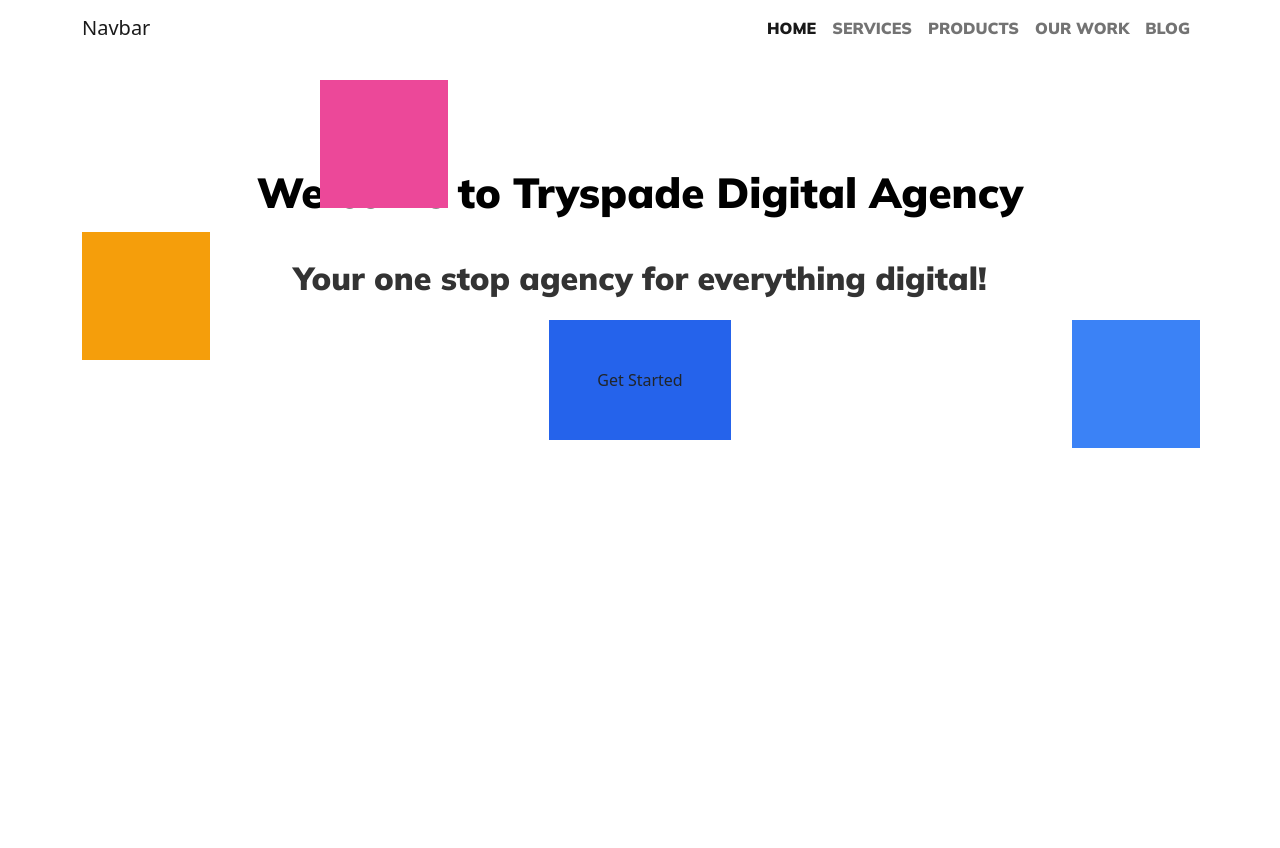
Repository: latenightsnacc/super-octo-fortnight
Page: index.html
These files come from the project's save history. The page is drawn as it stood at one moment and after the next save; the edit follows.
The browser window is 1280 px wide. The pictures show the whole page.
Some web libraries are served in a nearby version. The style sheet was rebuilt from its Sass, Less or Tailwind sources for each picture, by a compiler version that may differ from the author's.

Above is the page before, as saved 2021-01-29 12:30:06.

### index.html
<!DOCTYPE html>
<html lang="en">
<head>
    <meta charset="UTF-8">
    <meta name="viewport" content="width=device-width, initial-scale=1.0">
    <!--Tailwind 2.0.2-->
    <link href="https://cdnjs.cloudflare.com/ajax/libs/tailwindcss/2.0.2/tailwind.min.css" rel="stylesheet">
    <!--Font Awesome 5.15.1-->
    <link rel="stylesheet" href="https://cdnjs.cloudflare.com/ajax/libs/font-awesome/5.15.1/css/all.min.css" integrity="sha512-+4zCK9k+qNFUR5X+cKL9EIR+ZOhtIloNl9GIKS57V1MyNsYpYcUrUeQc9vNfzsWfV28IaLL3i96P9sdNyeRssA==" crossorigin="anonymous" />
    <!-- Bootstrap 5.0.0 Beta-->
    <link href="https://cdn.jsdelivr.net/npm/bootstrap@5.0.0-beta1/dist/css/bootstrap.min.css" rel="stylesheet" integrity="sha384-giJF6kkoqNQ00vy+HMDP7azOuL0xtbfIcaT9wjKHr8RbDVddVHyTfAAsrekwKmP1" crossorigin="anonymous" />
    <!-- UIkit CSS -->
    <link rel="stylesheet" href="https://cdn.jsdelivr.net/npm/uikit@3.6.9/dist/css/uikit.min.css" />
    <link rel="apple-touch-icon" sizes="180x180" href="/apple-touch-icon.png">
    <link rel="icon" type="image/png" sizes="32x32" href="/favicon-32x32.png">
    <link rel="icon" type="image/png" sizes="16x16" href="/favicon-16x16.png">
    <link rel="manifest" href="/site.webmanifest">
    <!--Custom Stylesheet-->
    <link rel="stylesheet" href="stylesheet/stylesheet.css">
    <title>TrySpade - Digital Agency</title>
</head>
<body class="overflow-x-hidden min-h-screen" >
    <main class="w-full mx-auto">
        <header>
            <nav class="navbar navbar-expand-lg navbar-light bg-white fixed-top ">
                <div class="container">
                  <a class="navbar-brand" href="#">Navbar</a>
                  <button class="navbar-toggler" type="button" data-bs-toggle="collapse" data-bs-target="#navbarSupportedContent" aria-controls="navbarSupportedContent" aria-expanded="false" aria-label="Toggle navigation">
                    <span class="navbar-toggler-icon"></span>
                  </button>
                  <div class="collapse navbar-collapse" id="navbarSupportedContent">
                    <ul class="navbar-nav ml-auto mb-2 mb-lg-0">
                        <li class="nav-item">
                            <a class="nav-link active text-base uppercase" aria-current="page" href="#">Home</a>
                        </li>
                        <li class="nav-item">
                            <a class="nav-link text-base uppercase" href="#">services</a>
                        </li>
                        <li class="nav-item">
                            <a class="nav-link text-base uppercase" href="#">products</a>
                        </li>
                        <li class="nav-item">
                            <a class="nav-link text-base uppercase" href="#">our work</a>
                        </li>
                        <li class="nav-item">
                            <a class="nav-link text-base uppercase" href="#">blog</a>
                        </li>

                    </ul>
                  </div>
                </div>
            </nav>
        </header>
        <section id="banner" class="bg-white w-full mt-32">
            <div class="container">
                <div class="relative flex flex-col items-center h-auto"></div>
                    <h1 class="z-50 text-black text-center">Welcome to Tryspade Digital Agency</h1>
                    <h2 class="z-40 text-center">Your one stop agency for everything digital!</h2>
                    <!--BOXES-->
                    <div class=" absolute bottom-50 left-50">
                        <div class="z-0 border-2 border-yellow-500 bg-yellow-500 w-32 h-32"></div>
                    </div>
                    <div class="absolute bottom-70 right-20">
                        <div class="z-0 border-2 border-blue-500 bg-blue-500 w-32 h-32"></div>
                    </div>
                    <div class="absolute top-20 left-80">
                        <div class="z-0 border-2 border-pink-500 bg-pink-500 w-32 h-32"></div>
                    </div>
                    <div class="flex justify-center">
                        <button class="bg-blue-600 p-5">Get Started</button>
                    </div>
                </div>

        </section>
        <!-- <svg xmlns="http://www.w3.org/2000/svg" viewBox="0 0 1440 320"><path fill="#0099ff" fill-opacity="1" d="M0,320L48,282.7C96,245,192,171,288,122.7C384,75,480,53,576,69.3C672,85,768,139,864,170.7C960,203,1056,213,1152,208C1248,203,1344,181,1392,170.7L1440,160L1440,0L1392,0C1344,0,1248,0,1152,0C1056,0,960,0,864,0C768,0,672,0,576,0C480,0,384,0,288,0C192,0,96,0,48,0L0,0Z"></path></svg> -->
        <!-- <svg xmlns="http://www.w3.org/2000/svg" viewBox="0 0 1440 320"><path fill="#0099ff" fill-opacity="1" d="M0,64L48,96C96,128,192,192,288,213.3C384,235,480,213,576,170.7C672,128,768,64,864,42.7C960,21,1056,43,1152,64C1248,85,1344,107,1392,117.3L1440,128L1440,0L1392,0C1344,0,1248,0,1152,0C1056,0,960,0,864,0C768,0,672,0,576,0C480,0,384,0,288,0C192,0,96,0,48,0L0,0Z"></path></svg> -->
    </main>
    <!-- UIkit JS -->
    <script src="https://cdn.jsdelivr.net/npm/uikit@3.6.9/dist/js/uikit.min.js"></script>
    <script src="https://cdn.jsdelivr.net/npm/uikit@3.6.9/dist/js/uikit-icons.min.js"></script>
    <script src="https://cdn.jsdelivr.net/npm/bootstrap@5.0.0-beta1/dist/js/bootstrap.bundle.min.js" integrity="sha384-ygbV9kiqUc6oa4msXn9868pTtWMgiQaeYH7/t7LECLbyPA2x65Kgf80OJFdroafW" crossorigin="anonymous"></script>
    <!-- Start of HubSpot Embed Code -->
  <script type="text/javascript" id="hs-script-loader" async defer src="//js.hs-scripts.com/9284931.js"></script>
  <!-- End of HubSpot Embed Code -->
</body>
</html>

### Stylesheet/stylesheet.scss
@import 'variables';

h1, h2, h3, h4, h5, h6, .nav-link {
    font-family: $fontBold;
}

### Stylesheet/_variables.scss
@import url('https://fonts.googleapis.com/css2?family=Mulish:wght@900&family=Open+Sans&display=swap');

$fontBold: 'Mulish', sans-serif;
$fontRegular:'Open Sans', sans-serif;

After the next save:
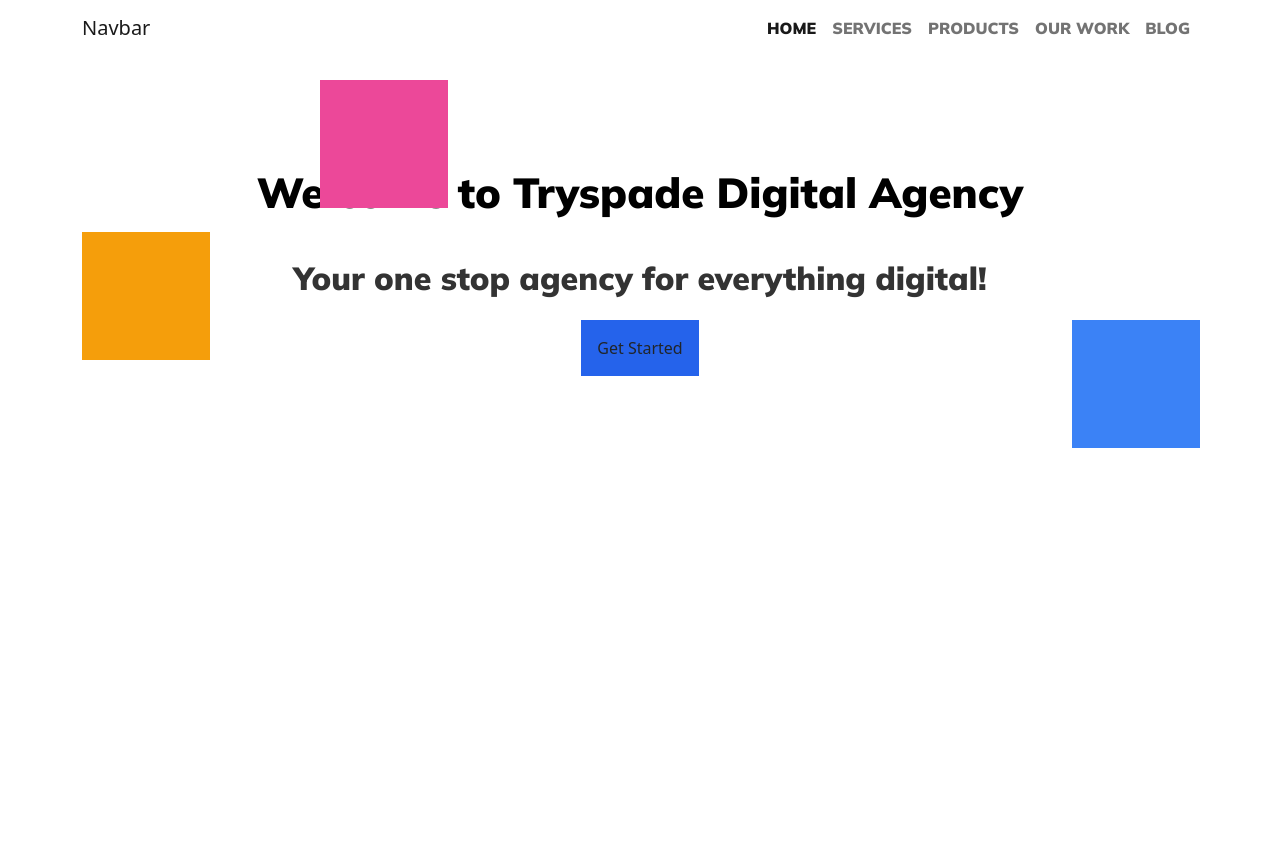
Saved 5 s later.
--- a/index.html
+++ b/index.html
@@ -67,7 +67,7 @@
                         <div class="z-0 border-2 border-pink-500 bg-pink-500 w-32 h-32"></div>
                     </div>
                     <div class="flex justify-center">
-                        <button class="bg-blue-600 p-5">Get Started</button>
+                        <button class="bg-blue-600 p-3">Get Started</button>
                     </div>
                 </div>
 
